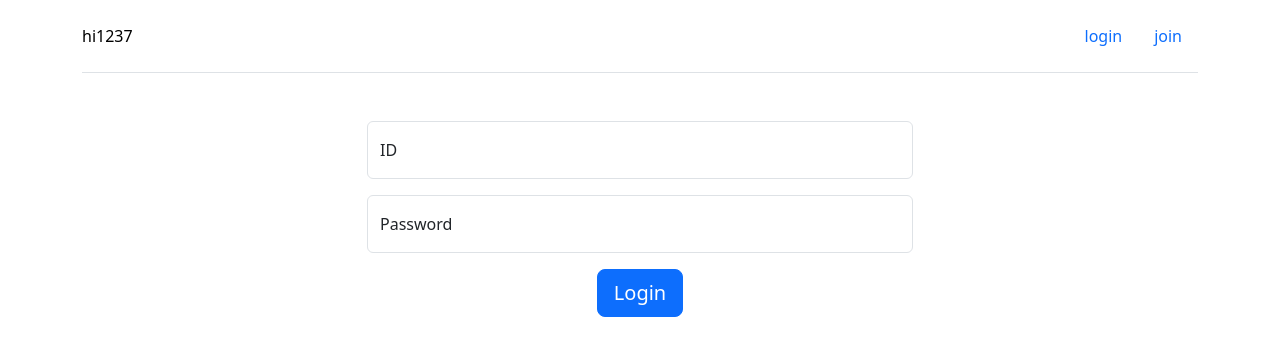
Repository: Moonsun23/jsp
Page: http://localhost/db-connect/delete.jsp
The author's editor kept a copy of each file at every save. The page is drawn from the files as they stood at one save, then again after the next save.
The browser window is 1280 px wide. The pictures show the whole page.
The page is served by Tomcat 9.

Above is the page before, as saved 2023-06-07 06:59:42.

After the next save:
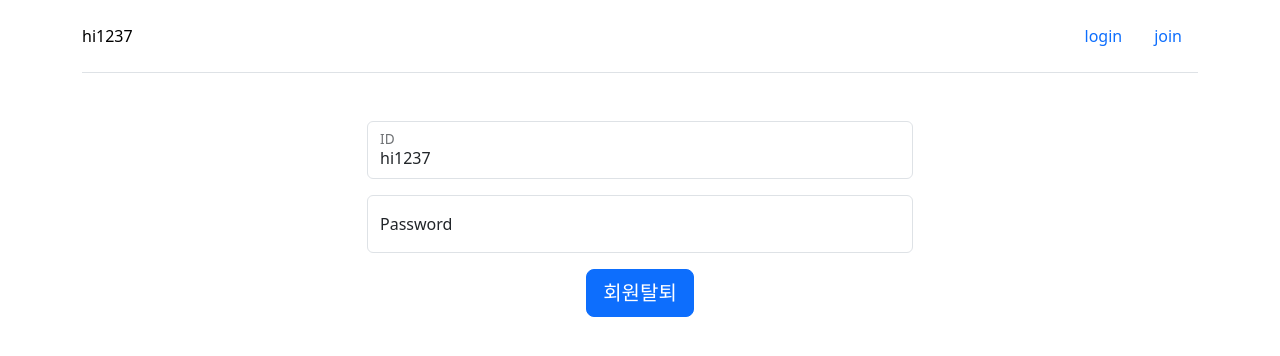
Saved 93 s later.
--- a/db-connect/src/main/webapp/delete.jsp
+++ b/db-connect/src/main/webapp/delete.jsp
@@ -8,7 +8,8 @@
 	        <div class="col-6">
 	          <div class="form-floating mb-3">
 	            <!-- mb -> margin bottom 3 -->
-	            <input type="text" name="userId" class="form-control" id="floatingInput" placeholder="아이디를 입력해주세요." />
+	            <input type="text" name="userId" class="form-control" id="floatingInput" placeholder="아이디를 입력해주세요."
+	            value="hi1237" readonly/>
 	            <label for="floatingInput">ID</label>
 	          </div>
 	          <div class="form-floating mb-3">
@@ -16,7 +17,7 @@
 	            <label for="floatingPassword">Password</label>
 	          </div>
 	          <div class="text-center">
-	            <button type="submit" class="btn btn-primary btn-lg">Login</button>
+	            <button type="submit" class="btn btn-primary btn-lg">회원탈퇴</button>
 	          </div>
 	        </div>
 	      </div>
